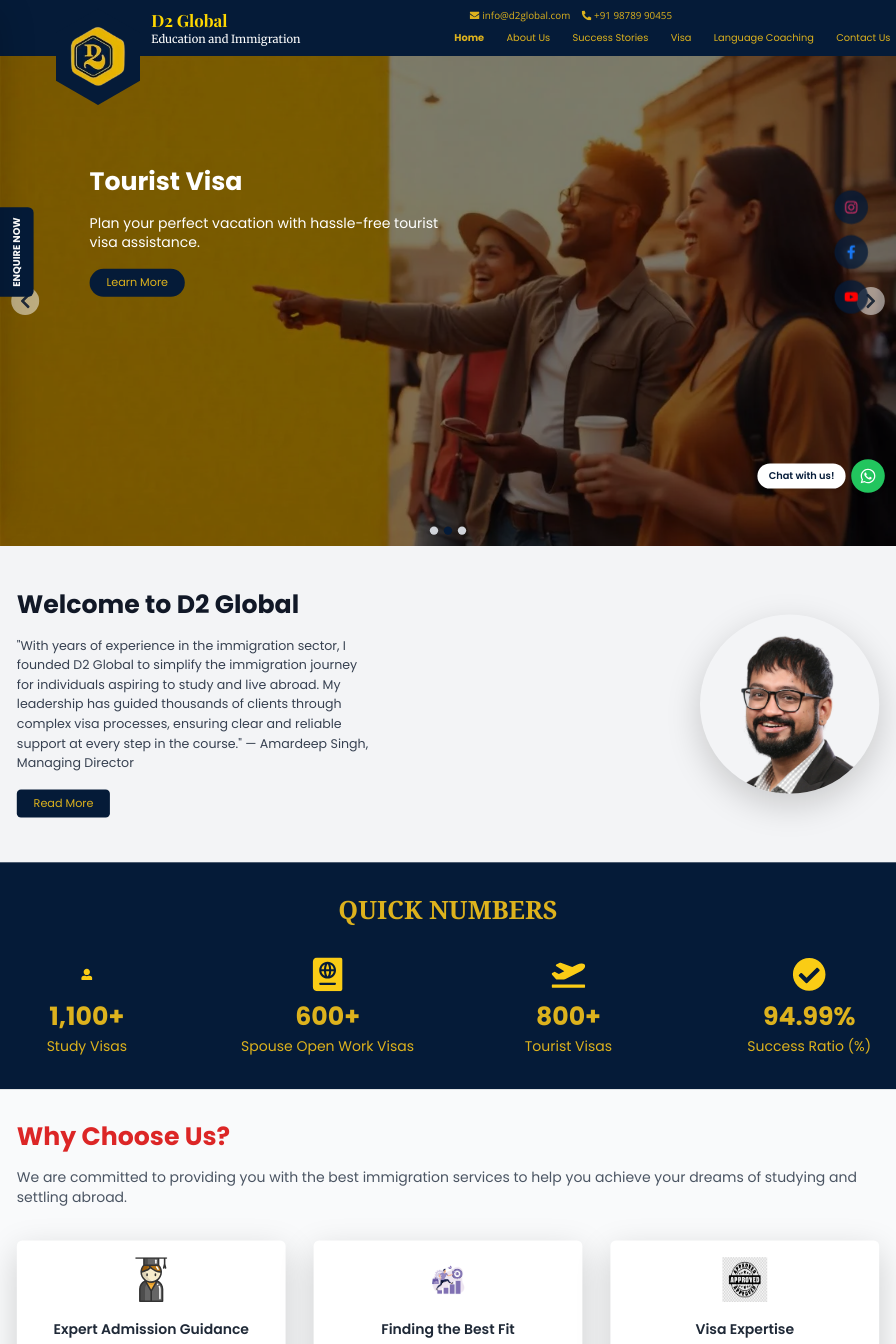
Repository: abhijeets54/d2globalbackup
Page: /
These files come from the project's save history. The page is drawn as it stood at one moment and after the next save; the edit follows.
The browser window is 1280 px wide. The pictures show the part of the page from y = 0 to 1920 px (the page is 5754 px tall), at 70% of full size.
Some web fonts or font styles are not loaded; a fallback is used. The project was rebuilt for these pictures with package versions that can differ from the ones it lists, and the page was loaded fresh each time. Also part of the build but not shown: vite.config.js, src/components/Logo.jsx, src/components/Button.jsx, src/components/PostCard.jsx, src/components/Input.jsx, src/components/WhatPeopleAreSaying.jsx, src/components/PassportServiceSlider.jsx, src/components/Register.jsx and 25 more.

Above is the page before, as saved 2024-10-22 13:58:29.

### index.html
<!doctype html>
<html lang="en">
  <head>
    <meta charset="UTF-8" />
    <link rel="icon" type="image/svg+xml" href="/logo.png" />
    <meta name="viewport" content="width=device-width, initial-scale=1.0" />
    <link href="https://fonts.googleapis.com/css2?family=Gothic+A1&family=Inconsolata:wght@200..900&family=Mukta:wght@200;300;400;500;600;700;800&family=Poppins:ital,wght@0,100;0,200;0,300;0,400;0,500;0,600;0,700;0,800;0,900;1,100;1,200;1,300;1,400;1,500;1,600;1,700;1,800;1,900&display=swap" rel="stylesheet">
    <link rel="preconnect" href="https://fonts.googleapis.com">
<link rel="preconnect" href="https://fonts.gstatic.com" crossorigin>
<link href="https://fonts.googleapis.com/css2?family=Lora:ital,wght@0,400..700;1,400..700&family=Merriweather:ital,wght@0,300;0,400;0,700;0,900;1,300;1,400;1,700;1,900&family=Open+Sans:ital,wght@0,300..800;1,300..800&family=Playfair+Display:ital,wght@0,400..900;1,400..900&display=swap" rel="stylesheet">
    <link rel="preconnect" href="https://fonts.googleapis.com">
<link rel="preconnect" href="https://fonts.gstatic.com" crossorigin>
<link href="https://fonts.googleapis.com/css2?family=Lora:ital,wght@0,400..700;1,400..700&family=Merriweather:ital,wght@0,300;0,400;0,700;0,900;1,300;1,400;1,700;1,900&family=Open+Sans:ital,wght@0,300..800;1,300..800&display=swap" rel="stylesheet">
    <link rel="preconnect" href="https://fonts.googleapis.com">
<link rel="preconnect" href="https://fonts.gstatic.com" crossorigin>
<link href="https://fonts.googleapis.com/css2?family=Merriweather:ital,wght@0,300;0,400;0,700;0,900;1,300;1,400;1,700;1,900&display=swap" rel="stylesheet">
    <link href="https://cdn.jsdelivr.net/npm/bootstrap@5.3.3/dist/css/bootstrap.min.css" rel="stylesheet" integrity="sha384-QWTKZyjpPEjISv5WaRU9OFeRpok6YctnYmDr5pNlyT2bRjXh0JMhjY6hW+ALEwIH" crossorigin="anonymous">
    <link
  rel="stylesheet"
  href="https://cdnjs.cloudflare.com/ajax/libs/font-awesome/5.15.3/css/all.min.css"
/>
    <title>D2 Global</title>
  </head>
  <body class="bg-slate-400">
    <div id="root"></div>
    <script src="https://cdn.jsdelivr.net/npm/bootstrap@5.3.3/dist/js/bootstrap.bundle.min.js" integrity="sha384-YvpcrYf0tY3lHB60NNkmXc5s9fDVZLESaAA55NDzOxhy9GkcIdslK1eN7N6jIeHz" crossorigin="anonymous"></script>
    <script type="module" src="/src/main.jsx"></script>
  </body>
</html>

### src/main.jsx
import React from 'react';
import ReactDOM from 'react-dom/client';
import { RouterProvider, createBrowserRouter } from 'react-router-dom';
import App from './App.jsx';
import './index.css';
import Home from './pages/Home.jsx';
import About from './components/About.jsx';
import Layout from './components/Layout.jsx';
import AboutUs from './pages/AboutUs.jsx';
import StudyUK from './pages/StudyUK.jsx';
import StudyAus from './pages/StudyAus.jsx';
import StudyCan from './pages/StudyCan.jsx';
import StudyNz from './pages/StudyNz.jsx';
import StudyUSA from './pages/StudyUSA.jsx';
import StudyEurope from './pages/StudyEurope.jsx';
import StudyDubai from './pages/StudyDubai.jsx';
import StudyAbroad from './pages/StudyAbroad.jsx';
import Training from './pages/Training.jsx';
import TouristVisa from './pages/TouristVisa.jsx';
import WorkVisa from './pages/WorkVisa.jsx';
import VisitorVisa from './pages/VisitorVisa.jsx';
import Contactpage from './pages/Contactpage.jsx';
import PR from './pages/PR.jsx';
import IELTSCoaching from './pages/IELTSCoaching.jsx';
import PTECoaching from './pages/PTECoaching.jsx';
import SuccessStories from './pages/SuccessStories.jsx';

const router = createBrowserRouter([
  {
    path: '/',
    element: <App />,
    children: [
      {
        element: <Layout />,
        children: [
          { path: '/', element: <Home /> },
          { path: '/About', element: <About />},
          { path: '/AboutUs', element: <AboutUs />},
          { path: '/StudyUK', element: <StudyUK /> },
          { path: '/StudyAus', element: <StudyAus /> },
          { path: '/StudyAbroad', element: <StudyAbroad /> },
          { path: '/Training', element: <Training /> },
          { path: '/SuccessStories', element: <SuccessStories /> },
          { path: '/StudyUSA', element: <StudyUSA /> },
          { path: '/Contactpage', element: <Contactpage /> },
          { path: '/IELTSCoaching', element: <IELTSCoaching /> },
          { path: '/PTECoaching', element: <PTECoaching /> },
          { path: '/PR', element: <PR /> },
          { path: '/WorkVisa', element: <WorkVisa /> },
          { path: '/StudyEurope', element: <StudyEurope /> },
          { path: '/StudyDubai', element: <StudyDubai /> },
          { path: '/TouristVisa', element: <TouristVisa /> },
          { path: '/VisitorVisa', element: <VisitorVisa /> },
          { path: '/StudyCan', element: <StudyCan /> },
          { path: '/StudyNz', element: <StudyNz /> },
        ],
      },
    ],
  },
]);

ReactDOM.createRoot(document.getElementById('root')).render(
  <React.StrictMode>
    <RouterProvider router={router} />
  </React.StrictMode>
);

### src/App.jsx
import React, { useState, useEffect } from 'react'
import './App.css'
import { Footer, Header } from './components'
import { Outlet } from 'react-router-dom'


function App() {
  const [loading, setLoading] = useState(false)

  return !loading ? (
    <div className='min-h-screen flex flex-wrap content-between bg-gray-400'>
      <div className='w-full block'>
        <Header />
        <main>
        <Outlet />
        </main>
        <Footer />
      </div>
    </div>
  ) : null
}

export default App

### src/pages/Home.jsx
import React, { useState } from 'react';
import { useNavigate } from 'react-router-dom';
import Collage from '../components/Collage';
import OurAssociates from '../components/OurAssociates';
import QuickNumbers from '../components/QuickNumbers';
import WhatPeopleAreSaying from '../components/WhatPeopleAreSaying';
import PassportServiceSlider from '../components/PassportServiceSlider';
import Register from '../components/Register';
import ContactSystem from '../components/ContactSystem';
import About from '../components/About';
import Offer from '../components/Offer';
import Countries from '../components/Countries';
import PopupForm from '../components/PopupForm';
import Events from '../components/Events';
import QuickEnquiry from '../components/ContactUs/QuickEnquiry';
import Choose from '../components/Choose';
import People from '../components/People';
import CollageWithAnimations from '../components/CollageWithAnimations';
import ResultsSlideshow from '../components/Results';
function Home() {
  const navigate = useNavigate();
  const [showFullText, setShowFullText] = useState(false);

  const handleReadMore = () => {
    navigate('/About');
  };

  const handleMoreAboutUs = () => {
    setShowFullText(!showFullText);
  };

  return (
    <>

   {/* <CollageWithAnimations/> */}
   {/* <PassportServiceSlider/> */}
      {/* <PopupForm /> */}
      <QuickEnquiry />
      <Collage />

        <About />
        {/* <People/> */}
        <QuickNumbers />
        <Choose/>
        <Offer />

        {/* <Timeline /> */}



            <Countries />


            <OurAssociates />
            {/* <ResultsSlideshow/>
          <WhatPeopleAreSaying /> */}

          {/* <Events /> */}

          {/* <Register /> */}
          <ContactSystem/>


    </>
  );
}

export default Home;

### src/components/About.jsx
import React, { useEffect, useState, useRef } from 'react';
import { useNavigate } from 'react-router-dom';

const About = () => {
  const [slideIn, setSlideIn] = useState(false);
  const aboutSectionRef = useRef(null);
  const navigate = useNavigate();

  useEffect(() => {
    const observer = new IntersectionObserver(
      (entries) => {
        entries.forEach((entry) => {
          if (entry.isIntersecting) {
            setSlideIn(true);
          }
        });
      },
      {
        threshold: 0.3,
      }
    );

    if (aboutSectionRef.current) {
      observer.observe(aboutSectionRef.current);
    }

    return () => {
      if (aboutSectionRef.current) {
        observer.unobserve(aboutSectionRef.current);
      }
    };
  }, []);

  const handleReadMore = () => {
    navigate('/AboutUs');
  };

  return (
    <div ref={aboutSectionRef} className="flex items-center justify-center bg-gray-100 py-12 md:py-16">
      <div className="container mx-auto flex flex-col md:flex-row items-center justify-between px-4">

        {/* Sliding Text Content */}
        <div
          className={`transform transition-transform duration-1000 ${
            slideIn ? 'translate-x-0' : '-translate-x-full'
          } mt-8 md:mt-0 md:mr-10 max-w-lg text-left md:text-left`}
        >
          <h2 className="text-3xl md:text-4xl  font-bold mb-4 text-gray-900">Welcome to D2 Global</h2>
          <p className="text-base font- md:text-lg text-gray-700">
          "With years of experience in the immigration sector, I founded D2 Global to simplify the immigration journey for individuals aspiring to study and live abroad. My leadership has guided thousands of clients through complex visa processes, ensuring clear and reliable support at every step in the course."

— Amardeep Singh, Managing Director
          </p>

          {/* Read More Button */}
          <button
            onClick={handleReadMore}
            className="mt-4 inline-block bg-customBlue text-customYellow px-6 py-2 rounded-md hover:bg-blue-600 transition-colors duration-300"
          >
            Read More
          </button>
        </div>

      {/* Sliding Image */}
<div
  className={`transform transition-transform duration-1000 ${
    slideIn ? 'translate-x-0' : 'translate-x-full'
  } mt-8 md:mt-0`}
>
  <img
    src="amar.webp"
    alt="Profile"
    className="rounded-full shadow-lg w-48 h-48 md:w-64 md:h-64 object-cover object-top mx-auto md:mx-0"
    style={{ objectPosition: 'top center' }} // This will center the face more
  />
</div>


      </div>
    </div>
  );
};

export default About;

### src/components/Layout.jsx
// src/components/Layout.jsx
import React from 'react';
import { Outlet, useNavigate } from 'react-router-dom';

const Layout = () => {
  const navigate = useNavigate();

  const handleDonateClick = () => {
    navigate('/Donate');
  };

  return (
    <div>
      <Outlet />
      {/* <a
        href="#top"
        className="fixed right-2 bottom-16 bg-blue-950 text-white hover:bg-yellow-500 py-1 px-2 rounded-2 h-8 w-10 mt-2"
        style={{ zIndex: 1000 }}
      >
        <img src="../../IOC Website pictures/icons8-top-50.png" alt="Go to top " />
      </a> */}
    </div>
  );
};

export default Layout;

### src/components/OurAssociates.jsx
import React from 'react';
import 'tailwindcss/tailwind.css';

const logos = [
  '/oxford.webp',
  '/regent.webp',
  '/webster.webp',
  '/avila.svg',
  '/iau.webp',
  '/bcnlip.webp',
  '/camino.webp',
  '/ihmgs.webp',
  '/uclan.webp',
  '/aura.webp',
  '/lyon.webp'
];

function OurAssociates() {
  return (
    <div className="bg-white py-10"> {/* Reduced padding */}
      <h4 className="text-center text-blue-950 mt-3 text-3xl sm:text-4xl lg:text-5xl font-semibold">
        OUR PARTNERS
      </h4>
      <br />
      <div className="overflow-hidden relative">
        <div className="flex animate-scroll space-x-6 sm:space-x-8 lg:space-x-10">
          {/* Duplicating logos to create seamless infinite scroll */}
          {logos.concat(logos).map((logo, index) => (
            <div key={index} className="flex-shrink-0">
              <img
                src={logo}
                alt={`Logo ${index + 1}`}
                className="h-20 w-20 sm:h-28 sm:w-28 lg:h-36 lg:w-36 object-contain"
              />
            </div>
          ))}
        </div>
      </div>
      {/* Adding additional space at the bottom */}
      <div className="mt-10"></div>
    </div>
  );
}

export default OurAssociates;

### src/components/QuickNumbers.jsx
import React, { useEffect, useState, useRef } from 'react';
import CountUp from 'react-countup';
import { FaUserAlt, FaPassport, FaPlaneDeparture, FaCheckCircle } from 'react-icons/fa';
import 'tailwindcss/tailwind.css';

const data = [
  {
    icon: <FaUserAlt className="h-12 w-12++ text-yellow-400 mb-2" />,
    number: 1100,
    label: 'Study Visas'
  },
  {
    icon: <FaPassport className="h-12 w-12 text-yellow-400 mb-2" />,
    number: 600,
    label: 'Spouse Open Work Visas'
  },
  {
    icon: <FaPlaneDeparture className="h-12 w-12 text-yellow-400 mb-2" />,
    number: 800,
    label: 'Tourist Visas'
  },
  {
    icon: <FaCheckCircle className="h-12 w-12 text-yellow-400 mb-2" />,
    number: 95,
    label: 'Success Ratio (%)',
    isDecimal: true,
  }
];

function QuickNumbers() {
  const [showCounts, setShowCounts] = useState(false);
  const quickNumbersRef = useRef(null);

  useEffect(() => {
    const observer = new IntersectionObserver(
      (entries) => {
        if (entries[0].isIntersecting) {
          setShowCounts(true);
        }
      },
      { threshold: 0.2 }
    );

    if (quickNumbersRef.current) {
      observer.observe(quickNumbersRef.current);
    }

    return () => {
      if (quickNumbersRef.current) {
        observer.unobserve(quickNumbersRef.current);
      }
    };
  }, []);

  return (
    <div ref={quickNumbersRef} className="bg-customBlue  w-full">
      <h2 className="text-center text-2xl sm:text-4xl font-serif font-extrabold text-customYellow pt-5 mb-8">
        QUICK NUMBERS
      </h2>

      {/* Responsive Grid Layout */}
      <div className="grid grid-cols-1 sm:grid-cols-2 lg:grid-cols-4 gap-8 lg:gap-24 mt-5 pb-5">
        {data.map((item, index) => (
          <div key={index} className="text-center text-customYellow flex flex-col items-center">
            <div className="quicknumber flex flex-col justify-center items-center">
              <div className="icon mb-2">{item.icon}</div>
              <h3 className="text-2xl sm:text-4xl font-bold">
                {showCounts && (
                  <CountUp
                    end={item.number}
                    duration={7}
                    decimals={item.isDecimal ? 2 : 0}
                    suffix={item.isDecimal ? "%" : "+"}
                  />
                )}
              </h3>
              <p className="mt-2 text-base sm:text-xl">{item.label}</p>
            </div>
          </div>
        ))}
      </div>
    </div>
  );
}

export default QuickNumbers;

### src/components/Offer.jsx
import React from 'react';
import { Link } from 'react-router-dom';
import 'tailwindcss/tailwind.css';

function Offer() {
  const studyAbroadImageUrl = '/student.webp'; // Update with actual image URL
  const ieltsPteImageUrl = '/ielts3.webp'; // Update with actual image URL
  const touristVisaImageUrl = '/tourist.webp'; // Update with actual image URL

  return (
    <div className="mx-auto bg-customBlue
    0 p-6 md:p-10 shadow">
      <h4 className="text-center text-customBlue mt-3 text-xl"></h4>
      <h2 className="text-center text-3xl font-serif  text-customYellow sm:text-4xl mt-3  font-extrabold mb-10 md:mb-16">What We Offer</h2>

      <div className="grid grid-cols-1 sm:grid-cols-2 md:grid-cols-3 gap-6">
        {/* First card: Study Abroad */}
        <div className="col cursor-pointer transform transition-transform hover:scale-105">
          <Link to="/StudyAbroad">
            <div className="card h-full bg-white rounded-lg shadow overflow-hidden">
              <img
                src={studyAbroadImageUrl}
                className="w-full h-52 sm:h-64 md:h-72 object-cover"
                alt="Study Abroad"
              />
              <div className="p-4">
                <h5 className="text-center text-lg sm:text-xl font-bold">Study Abroad</h5>
              </div>
            </div>
          </Link>
        </div>

        {/* Second card: IELTS/PTE */}
        <div className="col cursor-pointer transform transition-transform hover:scale-105">
          <Link to="/Training">
            <div className="card h-full bg-white rounded-lg shadow overflow-hidden">
              <img
                src={ieltsPteImageUrl}
                className="w-full h-52 sm:h-64 md:h-72 object-cover"
                alt="IELTS/PTE"
              />
              <div className="p-4">
                <h5 className="text-center text-lg sm:text-xl font-bold">Language Coaching</h5>
              </div>
            </div>
          </Link>
        </div>

        {/* Third card: Tourist Visa */}
        <div className="col cursor-pointer transform transition-transform hover:scale-105">
          <Link to="/TouristVisa">
            <div className="card h-full bg-white rounded-lg shadow overflow-hidden">
              <img
                src={touristVisaImageUrl}
                className="w-full h-52 sm:h-64 md:h-72 object-cover"
                alt="Tourist Visa"
              />
              <div className="p-4">
                <h5 className="text-center text-lg sm:text-xl font-bold">Tourist Visa</h5>
              </div>
            </div>
          </Link>
        </div>
      </div>
    </div>
  );
}

export default Offer;

### src/components/ContactUs/ContactUs.jsx
import React from 'react';
import '@fortawesome/fontawesome-free/css/all.min.css';

const ContactUs = () => {
  return (
    <footer className="bg-customBlue text-customYellow py-8">
      <div className="container mx-auto grid grid-cols-1 md:grid-cols-2 lg:grid-cols-4 gap-8 text-lg">

        {/* Logo and Company Name Section */}
        <div className="flex items-center md:items-start space-x-4">
          <img src="/logo.png" alt="D2 Global Logo" className="w-32 h-auto md:w-48" />
          <div className="flex flex-col">
            <p className="text-2xl font-bold">D2 Global</p>
            <p className="text-white text-lg">Education and Immigration</p>
          </div>
        </div>

        {/* Enquiries Section */}
        <div className="space-y-2 text-center md:text-left">
          <p className="font-bold text-2xl">Enquiries</p>
          <p>
            <i className="fas fa-envelope mr-2"></i>
            <a href="mailto:info@d2global.com" className="text-gray-400 hover:text-customYellow">
              info@d2global.in
            </a>
          </p>
          <p>
            <i className="fas fa-phone mr-2"></i>
            +91 98789 90455
          </p>
        </div>

        {/* Quick Links Section */}
        <div className="space-y-4 text-center md:text-left">
          <p className="font-bold text-2xl">Quick Links</p>
          <a href="/AboutUs" className="text-gray-400 hover:text-customYellow">About</a> <br />
          <a href="/StudyAbroad" className="text-gray-400 hover:text-customYellow">Study Abroad</a> <br />
          <a href="/TouristVisa" className="text-gray-400 hover:text-customYellow">Tourist Visa</a> <br />
          <a href="/ContactUs" className="text-gray-400 hover:text-customYellow">Contact Us</a> <br />
          <a href="/PR" className="text-gray-400 hover:text-customYellow">Permanent Residency</a> <br />
          <a href="/Training" className="text-gray-400 hover:text-customYellow">Training</a>
        </div>

        {/* Google Maps Location Section */}
        <div className="space-y-2">
          <p className="font-bold text-2xl text-center md:text-left">Our Location</p>
          <iframe
            src="https://www.google.com/maps/embed?pb=!1m18!1m12!1m3!1d3424.0981680924483!2d75.84533397619774!3d30.88391467830946!2m3!1f0!2f0!3f0!3m2!1i1024!2i768!4f13.1!3m3!1m2!1s0x391a8256b1dba32d%3A0x89337467ae3275ed!2sD2%20Global!5e0!3m2!1sen!2sin!4v1728041069574!5m2!1sen!2sin"
            width="100%"
            height="200"
            allowFullScreen=""
            loading="lazy"
            title="Google Map"
            className="border-0"
          />
        </div>

      </div>

      {/* Footer Bottom */}
      <div className="text-center text-customYellow mt-8 text-lg">
        <p>All rights reserved © D2 Global.</p>
      </div>
    </footer>
  );
};

export default ContactUs;

### src/components/container/Container.jsx
import React from 'react'

function Container({ children }) {
  return <div className='w-full'>{children}</div>
}

export default Container

Loaded but not shown: tailwind.config.js (53 lines, source omitted); src/components/index.js (19 lines, source omitted); src/components/ContactSystem.jsx (260 lines, source omitted); src/components/Header/Header.jsx (248 lines, source omitted); src/components/ContactUs/QuickEnquiry.jsx (178 lines, source omitted); src/components/Countries.jsx (133 lines, source omitted); src/components/Collage.jsx (159 lines, source omitted); src/components/Choose.jsx (155 lines, source omitted); src/App.css (212 lines, source omitted); src/index.css (166 lines, source omitted)

After the next save:
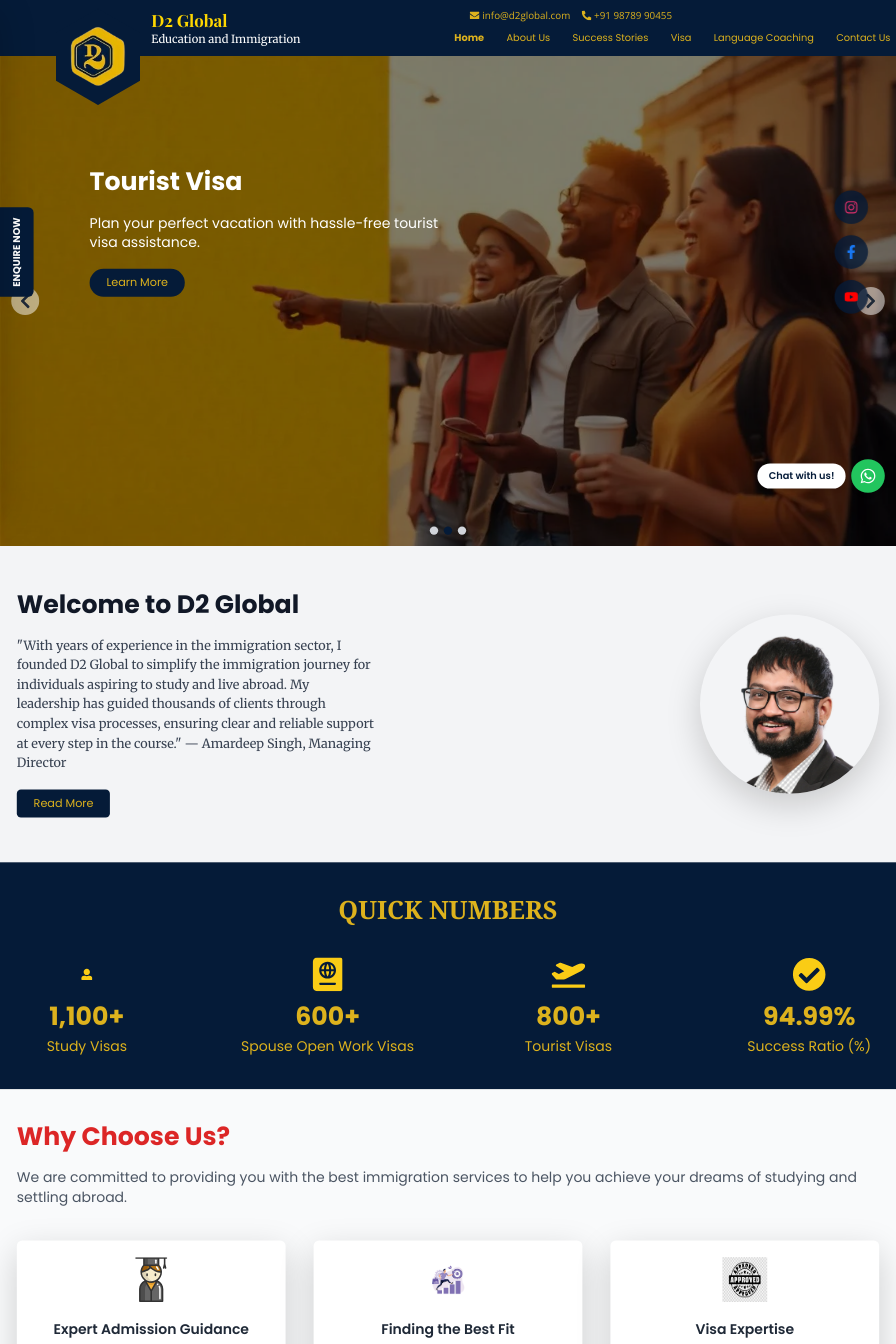
Saved 5 s later.
--- a/src/components/About.jsx
+++ b/src/components/About.jsx
@@ -46,7 +46,7 @@
           } mt-8 md:mt-0 md:mr-10 max-w-lg text-left md:text-left`}
         >
           <h2 className="text-3xl md:text-4xl  font-bold mb-4 text-gray-900">Welcome to D2 Global</h2>
-          <p className="text-base font- md:text-lg text-gray-700">
+          <p className="text-base font-merriweather md:text-lg text-gray-700">
           "With years of experience in the immigration sector, I founded D2 Global to simplify the immigration journey for individuals aspiring to study and live abroad. My leadership has guided thousands of clients through complex visa processes, ensuring clear and reliable support at every step in the course."
 
 — Amardeep Singh, Managing Director
